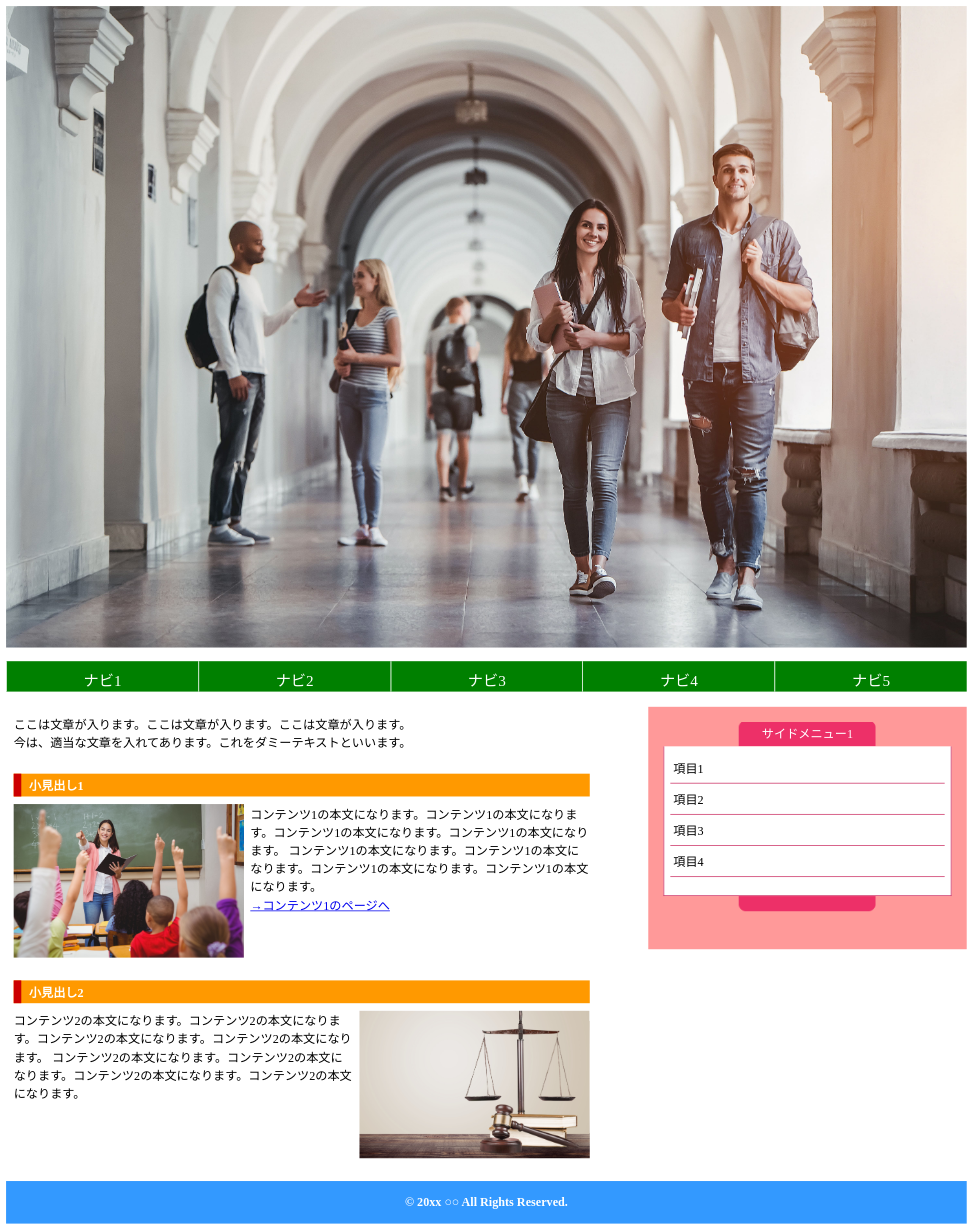
Repository: iwamani/samurai_HTML-CSS
Page: home.html
The author's editor kept a record of every edit. The page is drawn from the files as they stood at one moment, then again after the next edit.
The browser window is 1280 px wide. The pictures show the whole page, at 76% of full size.

Above is the page before.

### home.html
<!DOCTYPE html>
<html lang="ja">
    <head>
        <meta charset="UTF-8">
        <title>HTML/CSSの学習</title>
        <link rel="stylesheet" href="stylesheet.css">
    </head>
    <body>
        <!-- ヘッダー -->
        <div id="header">
            <h1><a href="index.html"><img id="corridor" src="images/corridor.jpg" alt="大学の廊下" /></a></h1>
        </div>

        <div id="wrapper">

            <!-- ナビゲーションメニュー -->
            <div id="nav">
                <ul>
                    <li><a href="home.html">ナビ1</a></li>
                    <li><a href="#">ナビ2</a></li>
                    <li><a href="#">ナビ3</a></li>
                    <li><a href="#">ナビ4</a></li>
                    <li><a href="#">ナビ5</a></li>
                </ul>
            </div>

            <!-- メイン -->
            <div id="container">
                <div id="main">
                    <div class="post">
                        <p>ここは文章が入ります。ここは文章が入ります。ここは文章が入ります。<br />今は、適当な文章を入れてあります。これをダミーテキストといいます。</p>
                    </div>
                    <div class="post clearfix">
                        <h2>小見出し1</h2>
                        <img class="left" src="images/classroom.jpg" alt="授業風景" />
                        <p>
                            コンテンツ1の本文になります。コンテンツ1の本文になります。コンテンツ1の本文になります。コンテンツ1の本文になります。
                            コンテンツ1の本文になります。コンテンツ1の本文になります。コンテンツ1の本文になります。コンテンツ1の本文になります。
                        </p>
                        <p><a href="#">→コンテンツ1のページへ</a></p>
                    </div>
                    <div class="post clearfix">
                        <h2>小見出し2</h2>
                        <img class="right" src="images/scale.jpg" alt="天秤" />
                        <p>
                            コンテンツ2の本文になります。コンテンツ2の本文になります。コンテンツ2の本文になります。コンテンツ2の本文になります。
                            コンテンツ2の本文になります。コンテンツ2の本文になります。コンテンツ2の本文になります。コンテンツ2の本文になります。
                        </p>
                    </div>
                </div>

                <!-- サイド -->
                <div id="side">
                    <div class="box">
                        <h2>サイドメニュー1</h2>
                        <div class="boxBody">
                            <ul>
                                <li>項目1</li>
                                <li>項目2</li>
                                <li>項目3</li>
                                <li>項目4</li>
                            </ul>
                        </div>
                    </div>
                </div>
            </div>
        </div>

        <!-- フッター -->
        <div id="footer">
            <p>&copy; 20xx ○○ All Rights Reserved.</p>
        </div>
    </body>
</html>

### stylesheet.css
@charset "utf-8"

body {
		margin: 0;
		padding: 0;
		font-family: "ヒラギノ角ゴ Pro w3","Hiragino Kaku Gothic Pro", "メイリオ", Meiryo, Osaka, "ＭＳ Ｐゴシック", "MS PGothic", sans-serif;
		color: #333;
		font-size: 13px;
		line-height: 150%
}

/*-------------------- wrapper --------------------*/

#wrapper {
	width: 100%;
	margin: auto;
	padding: 0px;
	border: 0px;
	background-color: #FFF;
	top: 10px;
	position: relative;
}

/*-------------------- header --------------------*/

#header {
		width: 100%;
}

#header h1 {
		margin: 0;
		padding: 0;
}

#corridor {
		width: 100%;
		height: auto;
}

/*-------------------- fotter --------------------*/

#footer {
		clear: both;
		width: 100%;
		padding: 3px 0 3px 0;
		background: #39F;
		color: #FFF;
		font-weight: bold;
		text-align: center;
}

/*-------------------- nav --------------------*/

#nav {
		width: 100%;
}
#nav ul {
	display: flex;
		margin: 0;
		padding: 0;
		list-style-type: none;
}
#nav ul li {
		width: 20%;
		text-align: center;
}
#nav ul li a {
		display: block;
		height: 20px;
		margin: 0;
		padding: 10px;
		color: #FFF;
		font-size: 20px;
		text-decoration: none;
		background-color: green;
	border-left: 1px solid white;
}

#nav ul li a:hover {
		filter: drop-shadow(10px 10px 10px black);
}

/*-------------------- container --------------------*/

#container {
		width: 100%;
		margin: auto;
		padding-top: 20px;
		clear: both;
}

/*-------------------- main --------------------*/

#main {
		float: left;
		width: 60%;
		padding: 10px 30px 10px 10px;
}
#main h2 {
		margin: 0 0 10px 0;
		padding: 3px 10px 3px 10px;
		color: #FFF;
		font-size: 16px;
		border-left: solid 10px #C00;
		background-color: #F90;
}
#main p {
		margin: 0;
		padding: 0;
}
#main .post {
		margin: 0 0 30px 0;
}

#main .post img.right {
		margin: 0 0 0 8px;
}
#main .post img.left {
		margin: 0 8px 0 0;
}

.right {
		float: right;
		width: 40%;
		height: auto;
}
.left {
		float: left;
		width: 40%;
		height: auto;
}

/*-------------------- clearfix --------------------*/

.clearfix {
		zoom: 1;
}
.clearfix:after{
		content: "";
		display: block;
		clear: both;
}

/*-------------------- side --------------------*/

#side {
		float: right;
		width: 30%;
		padding: 20px;
		background-color: #F99;
}
#side .box {
		margin: 0 auto 30px auto;
		padding: 0 0 20px 0;
		background: url(images/side_box.png) bottom no-repeat;
}
#side .box h2 {
		margin: 0;
		padding: 8px;
		text-align: center;
		color: #fff;
		font-size: 16px;
		line-height: 16px;
		font-weight: normal;
		background: url(images/side_box_h2.png) center no-repeat;
}
#side .box .boxBody {
		padding: 8px;
		border-right: solid 1px #C36;
		border-bottom: solid 1px #C36;
		border-left: solid 1px #C36;
		background: #fff;
}
#side .box .boxBody ul {
		margin: 0 0 16px 0;
		padding: 0;
}
#side .box .boxBody ul li {
	padding: 8px 0 8px 4px;
	list-style: none;
	border-bottom: solid 1px #C36;
}

#side .box .boxBody ul li:hover {
	padding: 8px 0 8px 4px;
	list-style: none;
	border-bottom: solid 1px #C36;
	box-shadow: 0px 4px 4px rgba(0, 0, 0, 0.3);
}

After the next edit:
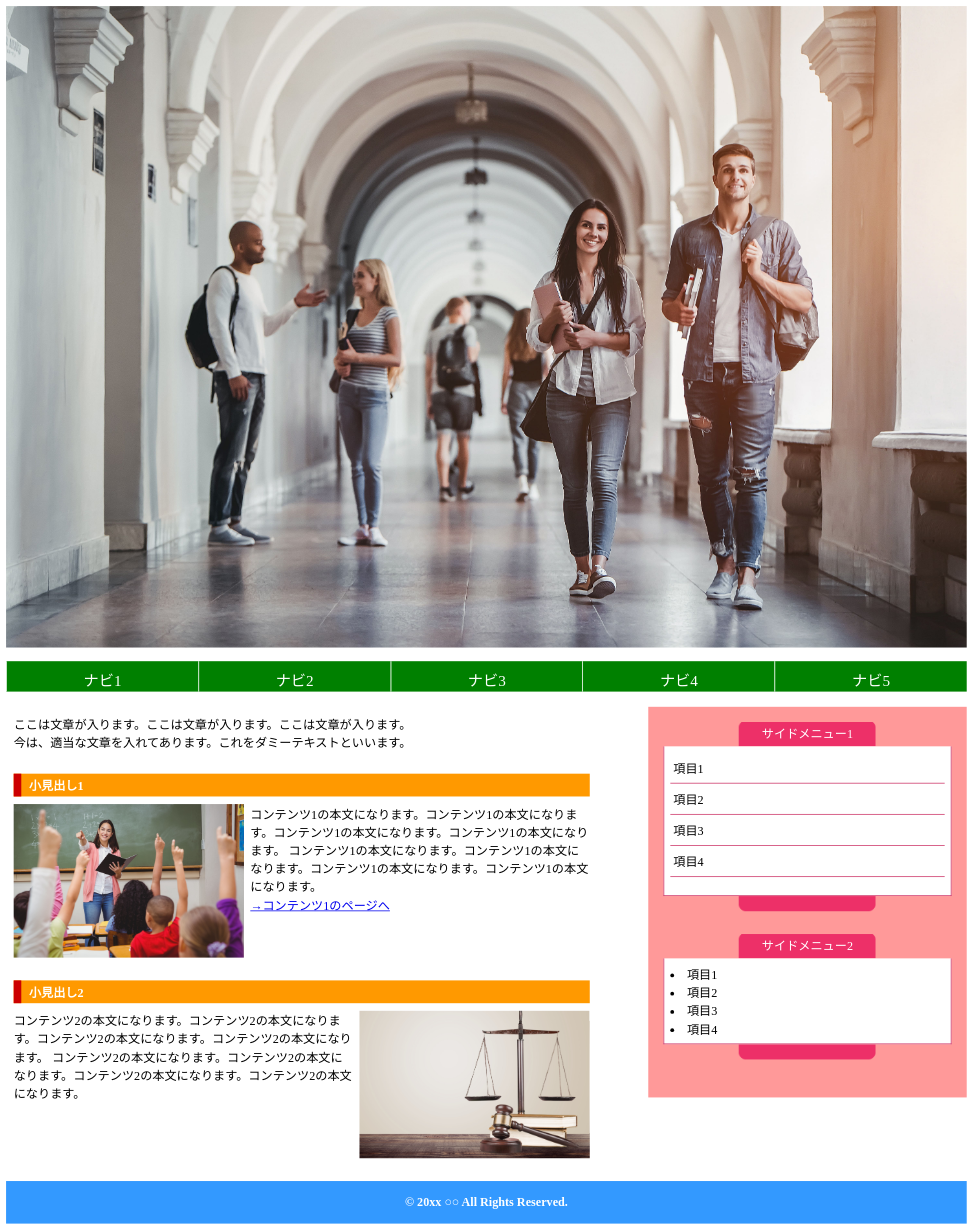
The edit:
--- a/home.html
+++ b/home.html
@@ -62,6 +62,15 @@
                             </ul>
                         </div>
                     </div>
+                    <div class="box">
+                        <h2>サイドメニュー2</h2>
+                        <div class="boxBody">
+                            <li>項目1</li>
+                            <li>項目2</li>
+                            <li>項目3</li>
+                            <li>項目4</li>
+                        </div>
+                    </div>
                 </div>
             </div>
         </div>
